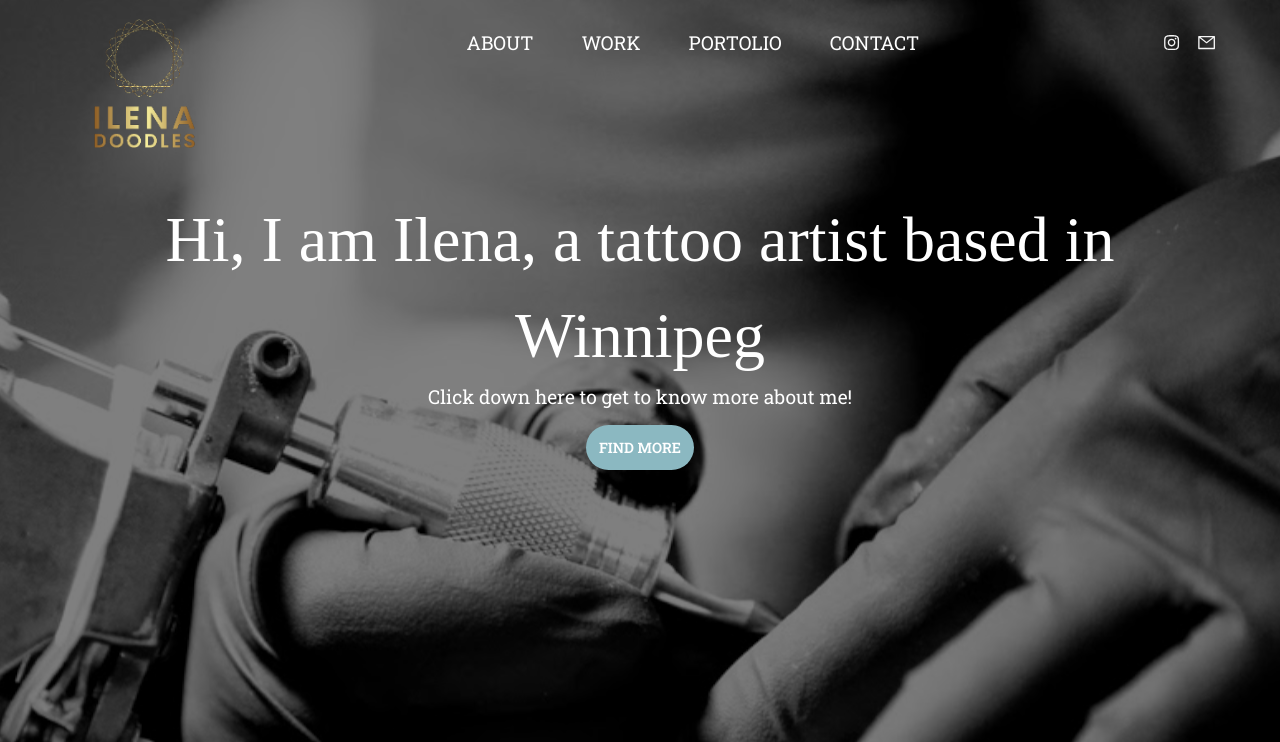
Repository: Leoka2000/Ilena
Page: /
An editor plug-in stored every save of this project. The page is shown before and after a run of saves, followed by the edit.
The browser window is 1280 px wide. The pictures show the whole page.
Some web fonts or font styles are not loaded; a fallback is used. The project was rebuilt for these pictures with package versions that can differ from the ones it lists, and the page was loaded fresh each time. Also part of the build but not shown: src/App.css.

Above is the page before, as saved 2023-03-02 11:31:43.

After the next 2 saves:
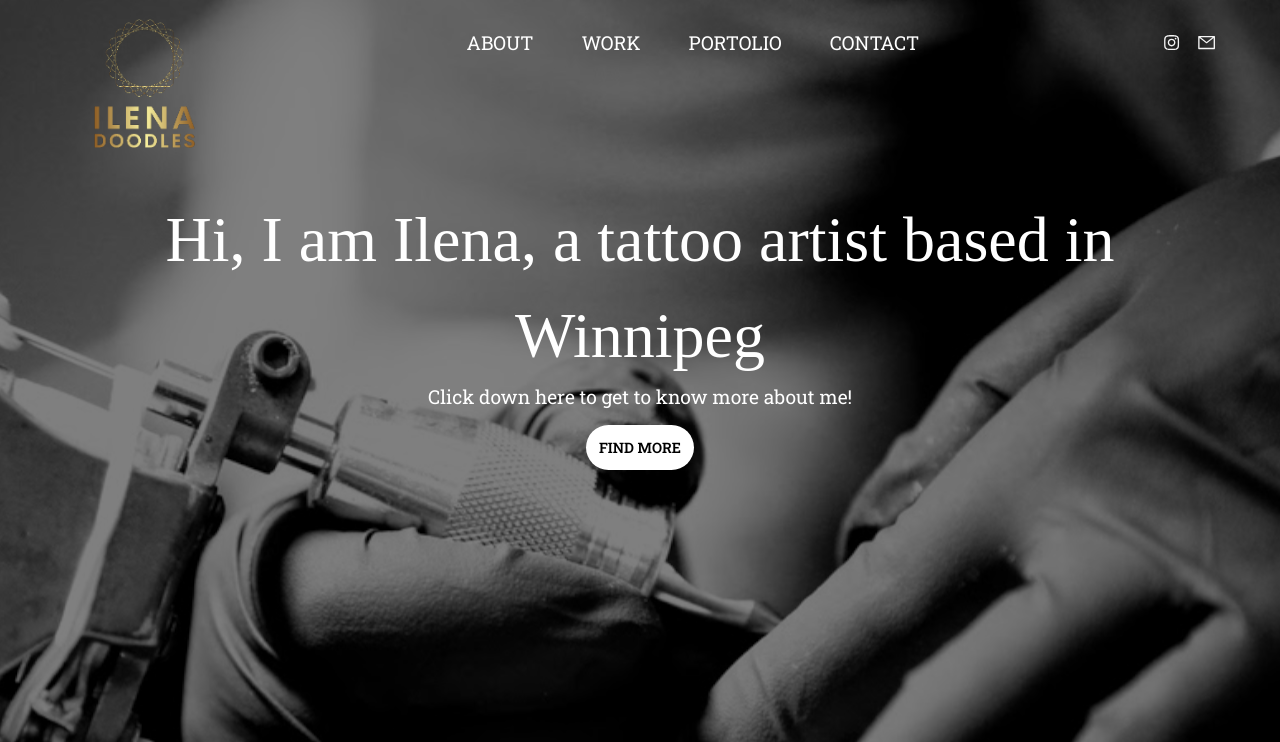
The 2 saves are shown as one change because they came seconds apart.
The last was saved 25 s later.
--- a/src/pages/hero/hero.css
+++ b/src/pages/hero/hero.css
@@ -51,5 +51,10 @@
     margin-top: 1rem;
     font-weight: 900;
     font-size: 0.9rem;
+}
 
+.hero-section > button {
+    background: #ffffff;
+   color: black;
+    font-size: 0.9rem;
 }

After the save that followed:
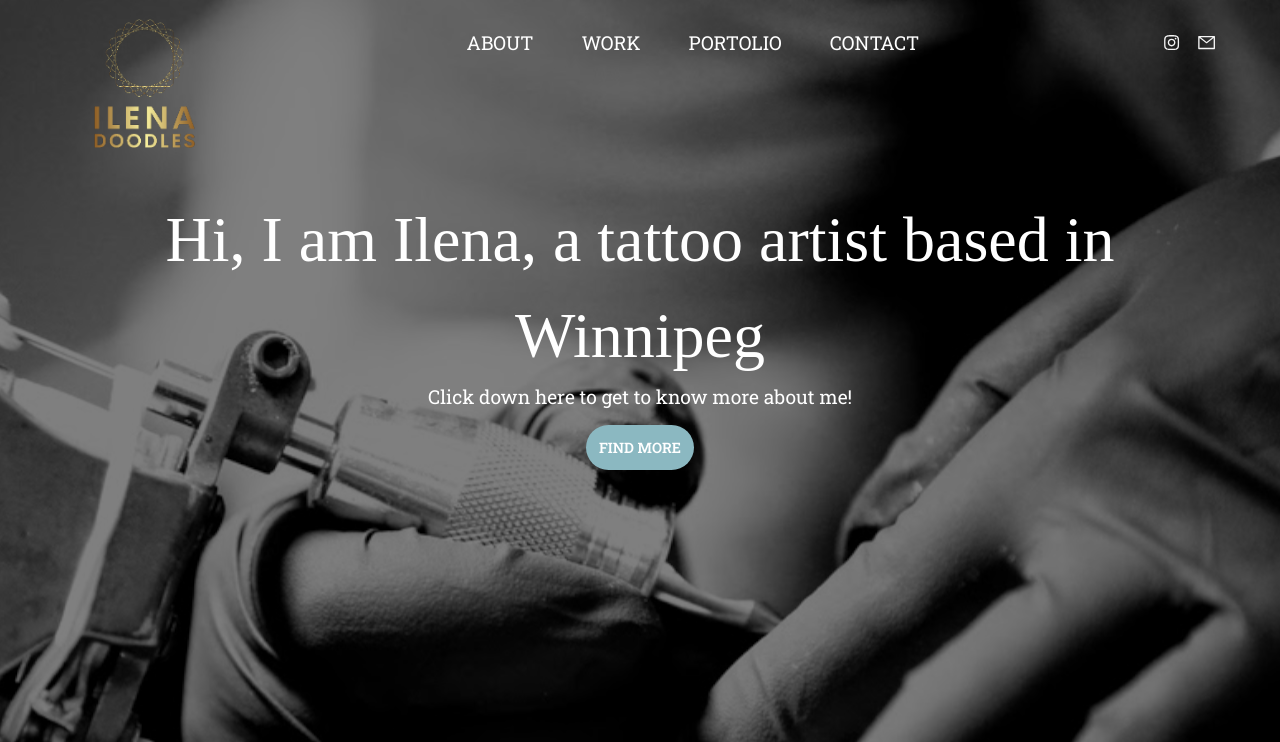
Saved 7 s later.
--- a/src/pages/hero/hero.css
+++ b/src/pages/hero/hero.css
@@ -53,7 +53,7 @@
     font-size: 0.9rem;
 }
 
-.hero-section > button {
+.hero-section > button:hover {
     background: #ffffff;
    color: black;
     font-size: 0.9rem;
